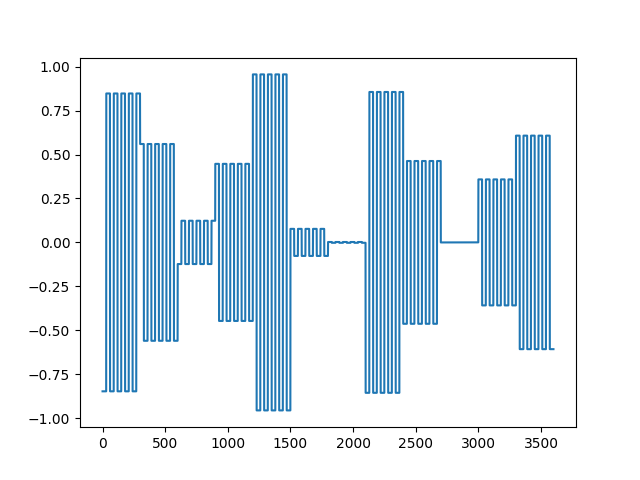
Repository: khulqu15/drone_smc_copppelia
Script's output: python py/realtime.py
An editor plug-in stored every save of this project. The script's output is shown before and after the next save, followed by the edit.
Animations are shown at an early frame. Random numbers start from a fixed seed.

Above is the script's output before, as saved 2024-06-24 01:10:11.

After the next save:
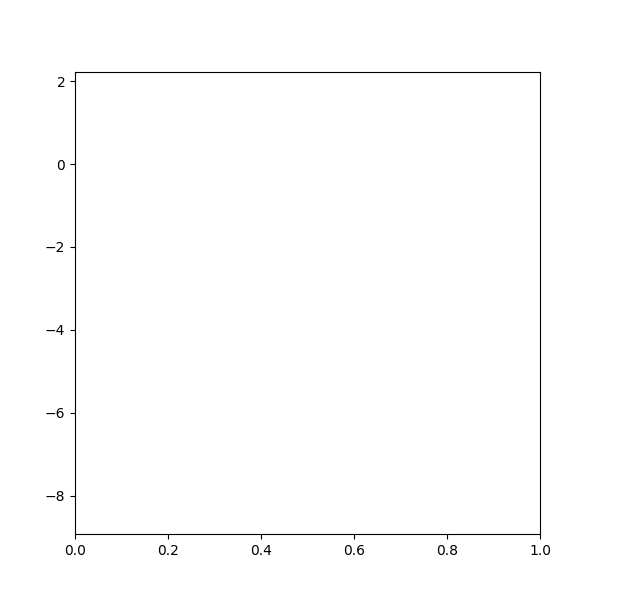
Saved 41 s later.
--- a/py/realtime.py
+++ b/py/realtime.py
@@ -1,29 +1,32 @@
 import numpy as np
 import matplotlib.pyplot as plt
+from matplotlib import animation
 
-# Define the bounds of the random vectors
-min_value = -1.0
-max_value = 1.0
+dt = 0.01
+tfinal = 1
+x0 = 0
 
-square_wave_half_period_seconds = 30
-block_duration_seconds = 5 * 60  # 5 minutes
-simulation_duration_seconds = 1 * 60 * 60  # 1 hour * 60 minutes/hour * 60 seconds/minute
+sqrtdt = np.sqrt(dt)
+n = int(tfinal/dt)
+xtraj = np.zeros(n+1, float)
+trange = np.linspace(start=0,stop=tfinal ,num=n+1)
+xtraj[0] = x0
 
-# Initialize the load and renewable profiles vectors
-ys = np.zeros(simulation_duration_seconds)
+for i in range(n):
+    xtraj[i+1] = xtraj[i] + np.random.normal()
 
-# Generate the random bounded vectors
-for t_seconds in range(simulation_duration_seconds):
-    if t_seconds % (block_duration_seconds) == 0:  # Start a new square value
-        amplitude = np.random.uniform(min_value, max_value)
+x = trange
+y = xtraj
 
-    am_in_first_half_of_square_wave = (t_seconds // square_wave_half_period_seconds) % 2 == 0
-    ys[t_seconds] = amplitude * (1 if am_in_first_half_of_square_wave else -1)
-    ys[t_seconds] += np.sin(t_seconds * 2 * np.pi) * 0.15 * 1
+# animation line plot example
 
-    # Clip the values to the defined bounds
-    ys[t_seconds] = np.clip(ys[t_seconds], min_value, max_value)
+fig, ax = plt.subplots(1, 1, figsize = (6, 6))
 
+def animate(i):
+    ax.cla() # clear the previous image
+    ax.plot(x[:i], y[:i]) # plot the line
+    ax.set_xlim([x0, tfinal]) # fix the x axis
+    ax.set_ylim([1.1*np.min(y), 1.1*np.max(y)]) # fix the y axis
 
-plt.plot(ys)
+anim = animation.FuncAnimation(fig, animate, frames = len(x) + 1, interval = 1, blit = False)
 plt.show()
